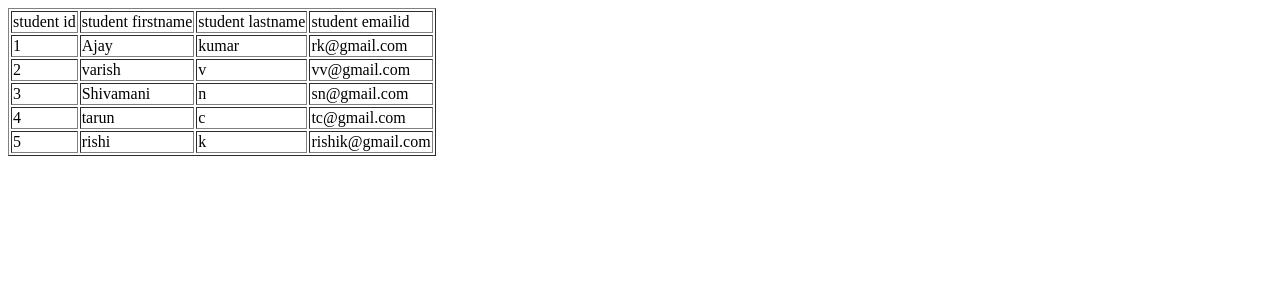
Repository: RMVLajaykumar/monojavaee
Page: http://localhost/08-student-mvc-nod/StudentServlet
An editor plug-in stored every save of this project. The page is shown before and after the next save, followed by the edit.
The browser window is 1280 px wide. The pictures show the whole page.
The page is served by Tomcat 9.

Above is the page before, as saved 2024-07-16 07:48:53.

### 08-student-mvc-nod/WebContent/view-students-jsp.jsp
<%@ page language="java" contentType="text/html; charset=ISO-8859-1"
    pageEncoding="ISO-8859-1"%>
<%@ taglib uri="http://java.sun.com/jsp/jstl/core" prefix="c"%>
<%@ taglib uri="http://java.sun.com/jsp/jstl/functions" prefix="fn"%>
<!DOCTYPE html>
<html>
<head>
<meta charset="ISO-8859-1">
<title>Insert title here</title>
</head>
<body>

<table border=1>
		<tr>
			<td>student id</td>
			<td>student firstname</td>
			<td>student lastname</td>
			<td>student emailid</td>
		</tr>
		<c:forEach var="student" items="${theStudentList}" >
			<tr>
				<td>${student.studentid}</td>
				<td>${student.firstname}</td>
				<td>${student.lastname}</td>
				<td>${student.emailId}</td>

			</tr>
	 </c:forEach>

</body>
</html>

### 08-student-mvc-nod/src/com/monocept/model/StudentServlet.java
package com.monocept.model;

import java.io.IOException;
import java.util.List;

import javax.servlet.RequestDispatcher;
import javax.servlet.ServletException;
import javax.servlet.annotation.WebServlet;
import javax.servlet.http.HttpServlet;
import javax.servlet.http.HttpServletRequest;
import javax.servlet.http.HttpServletResponse;

/**
 * Servlet implementation class StudentServlet
 */
@WebServlet("/StudentServlet")
public class StudentServlet extends HttpServlet {
	private static final long serialVersionUID = 1L;

	protected void doGet(HttpServletRequest request, HttpServletResponse response) throws ServletException, IOException {
		List<Student> students=StudentUtil.getStudents();
		request.setAttribute("theStudentList", students);
		//get requestDispatcher object
		RequestDispatcher requestDispatcher = request.getRequestDispatcher("view-students-jsp.jsp");
		requestDispatcher.forward(request, response);
}


}

### 08-student-mvc-nod/src/com/monocept/model/StudentUtil.java
package com.monocept.model;

import java.util.ArrayList;
import java.util.List;

public class StudentUtil {

	public static List<Student> getStudents(){

		List<Student> students= new ArrayList<Student>();

		students.add(new Student(1,"Ajay","kumar","rk@gmail.com"));
		students.add(new Student(2,"varish","v","vv@gmail.com"));
		students.add(new Student(3,"Shivamani","n","sn@gmail.com"));
		students.add(new Student(4,"tarun","c","tc@gmail.com"));
		students.add(new Student(5,"rishi","k","rishik@gmail.com"));

		 return students;


	}

}

### 08-student-mvc-nod/src/com/monocept/model/Student.java
package com.monocept.model;

public class Student {

	private int studentid;
	private String firstname;
	private String lastname;
	private String emailId;
	public Student(int studentid, String firstname, String lastname, String emailId) {
		super();
		this.studentid = studentid;
		this.firstname = firstname;
		this.lastname = lastname;
		this.emailId = emailId;
	}
	public int getStudentid() {
		return studentid;
	}
	public void setStudentid(int studentid) {
		this.studentid = studentid;
	}
	public String getFirstname() {
		return firstname;
	}
	public void setFirstname(String firstname) {
		this.firstname = firstname;
	}
	public String getLastname() {
		return lastname;
	}
	public void setLastname(String lastname) {
		this.lastname = lastname;
	}
	public String getEmailId() {
		return emailId;
	}
	public void setEmailId(String emailId) {
		this.emailId = emailId;
	}


}

After the next save:
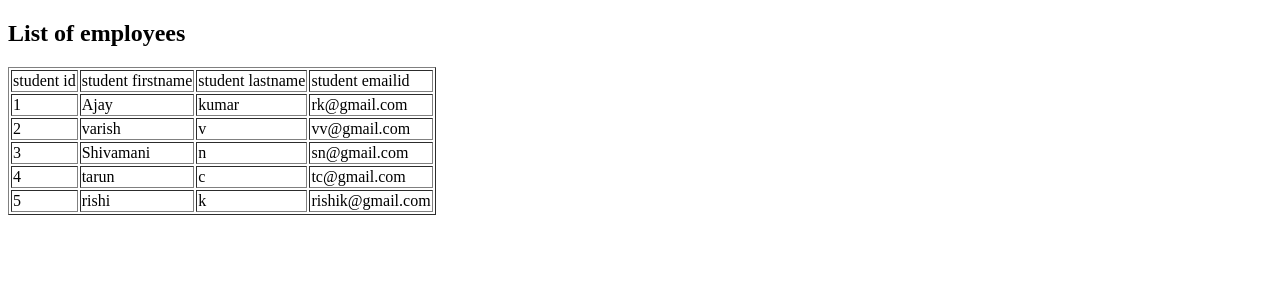
Saved 110 s later.
--- a/08-student-mvc-nod/WebContent/view-students-jsp.jsp
+++ b/08-student-mvc-nod/WebContent/view-students-jsp.jsp
@@ -9,6 +9,8 @@
 <title>Insert title here</title>
 </head>
 <body>
+
+  <h2>List of employees</h2>
 
 <table border=1>
 		<tr>
